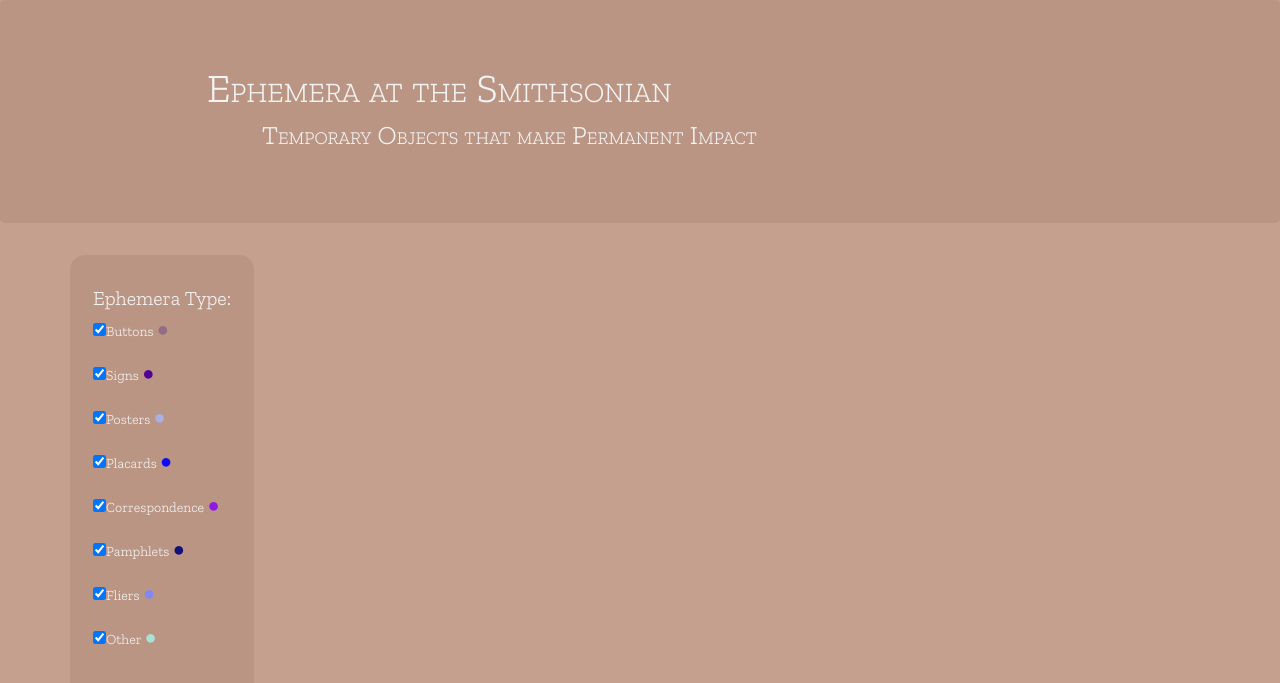
Repository: m0llyc00k/Major-studio-1
Page: Qualitative/examples-beeswarm/index-2.html
The author's editor kept a record of every edit. The page is drawn from the files as they stood at one moment, then again after the next edit.
The browser window is 1280 px wide. The pictures show the whole page.
The page's requests for data from a server got no answer.

Above is the page before.

After the next edit:
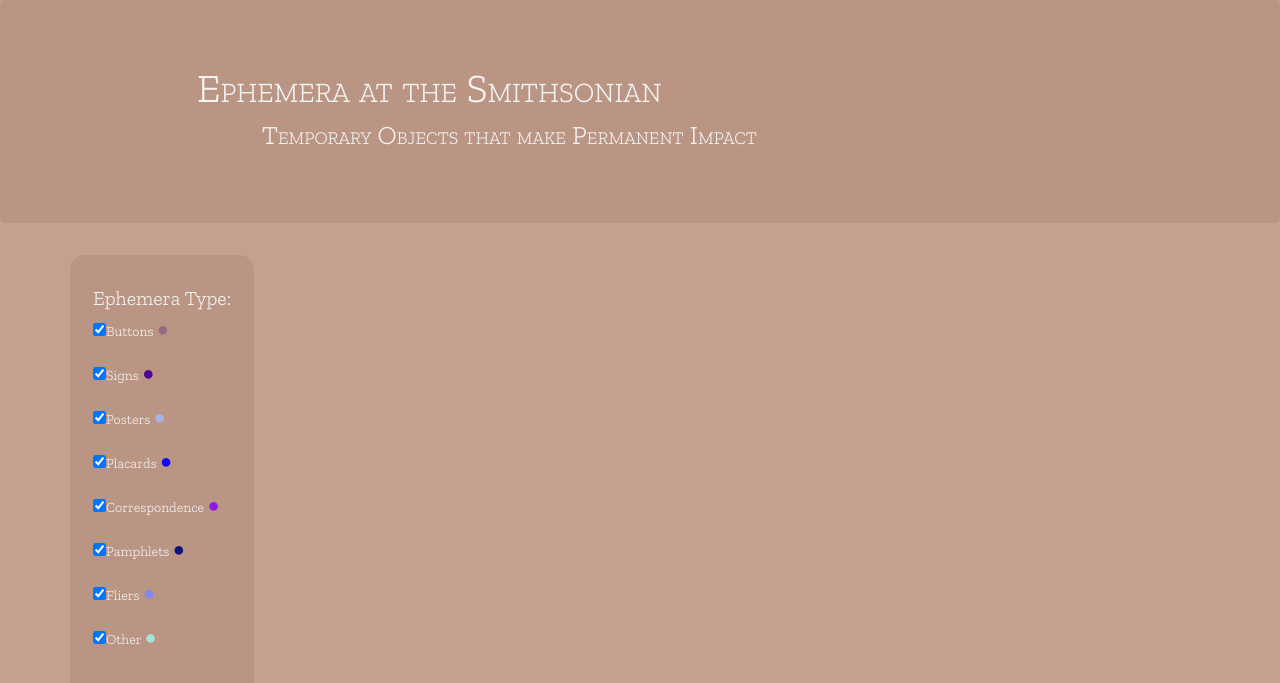
The edit:
--- a/Qualitative/examples-beeswarm/index-2.html
+++ b/Qualitative/examples-beeswarm/index-2.html
@@ -92,7 +92,7 @@
             font-size: 40px;
             text-align: left;
             color: #F3F3F3;
-            padding-left: 175px;
+            padding-left: 165px;
             font-variant: small-caps;
 
         }
